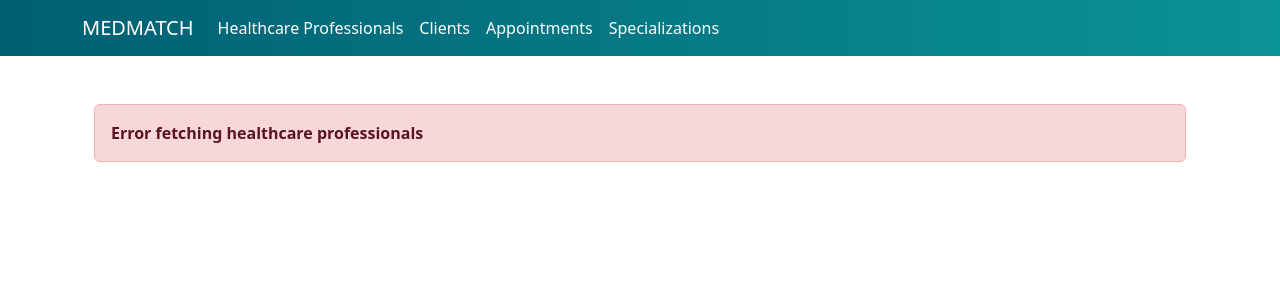
Repository: fahma20/medmatch-platform
Page: /healthcare-professionals (app in client/)
An editor plug-in stored every save of this project. The page is shown before and after a run of saves, followed by the edit.
The browser window is 1280 px wide. The pictures show the whole page.
The page's requests for data from a server got no answer. The project was rebuilt for these pictures with package versions that can differ from the ones it lists, and the page was loaded fresh each time. No one was signed in, and anything a server would have sent is missing. Also part of the build but not shown: client/src/components/Specializations.js, client/src/components/Appointments.js, client/src/components/Clients.js, client/src/components/Homepage.js.

Above is the page before, as saved 2025-02-02 16:06:37.

After the next 2 saves:
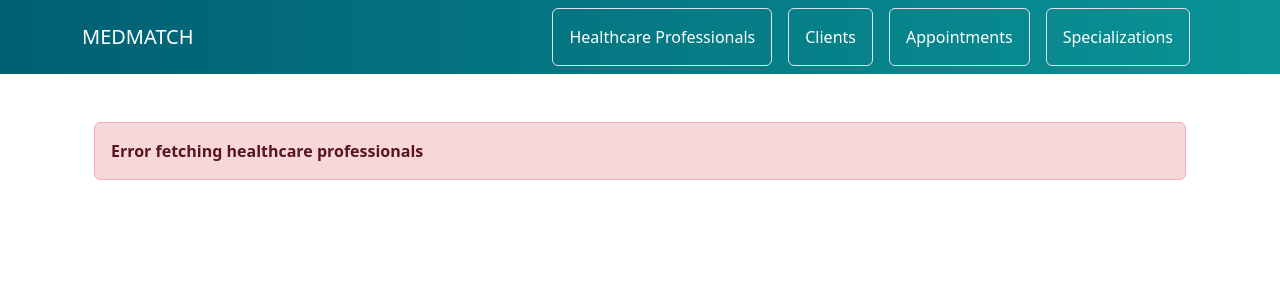
The 2 saves are shown as one change because they came seconds apart.
The last was saved 2 min 0 s later.
--- a/client/src/components/Navbar.js
+++ b/client/src/components/Navbar.js
@@ -19,18 +19,26 @@ const Navbar = () => {
           <span className="navbar-toggler-icon"></span>
         </button>
         <div className="collapse navbar-collapse" id="navbarNav">
-          <ul className="navbar-nav">
-            <li className="nav-item">
-              <Link className="nav-link text-white" to="/healthcare-professionals">Healthcare Professionals</Link>
+          <ul className="navbar-nav ms-auto">
+            <li className="nav-item mx-2">
+              <Link className="nav-link text-white p-3 border rounded" to="/healthcare-professionals">
+                Healthcare Professionals
+              </Link>
             </li>
-            <li className="nav-item">
-              <Link className="nav-link text-white" to="/clients">Clients</Link>
+            <li className="nav-item mx-2">
+              <Link className="nav-link text-white p-3 border rounded" to="/clients">
+                Clients
+              </Link>
             </li>
-            <li className="nav-item">
-              <Link className="nav-link text-white" to="/appointments">Appointments</Link>
+            <li className="nav-item mx-2">
+              <Link className="nav-link text-white p-3 border rounded" to="/appointments">
+                Appointments
+              </Link>
             </li>
-            <li className="nav-item">
-              <Link className="nav-link text-white" to="/specializations">Specializations</Link>
+            <li className="nav-item mx-2">
+              <Link className="nav-link text-white p-3 border rounded" to="/specializations">
+                Specializations
+              </Link>
             </li>
           </ul>
         </div>
